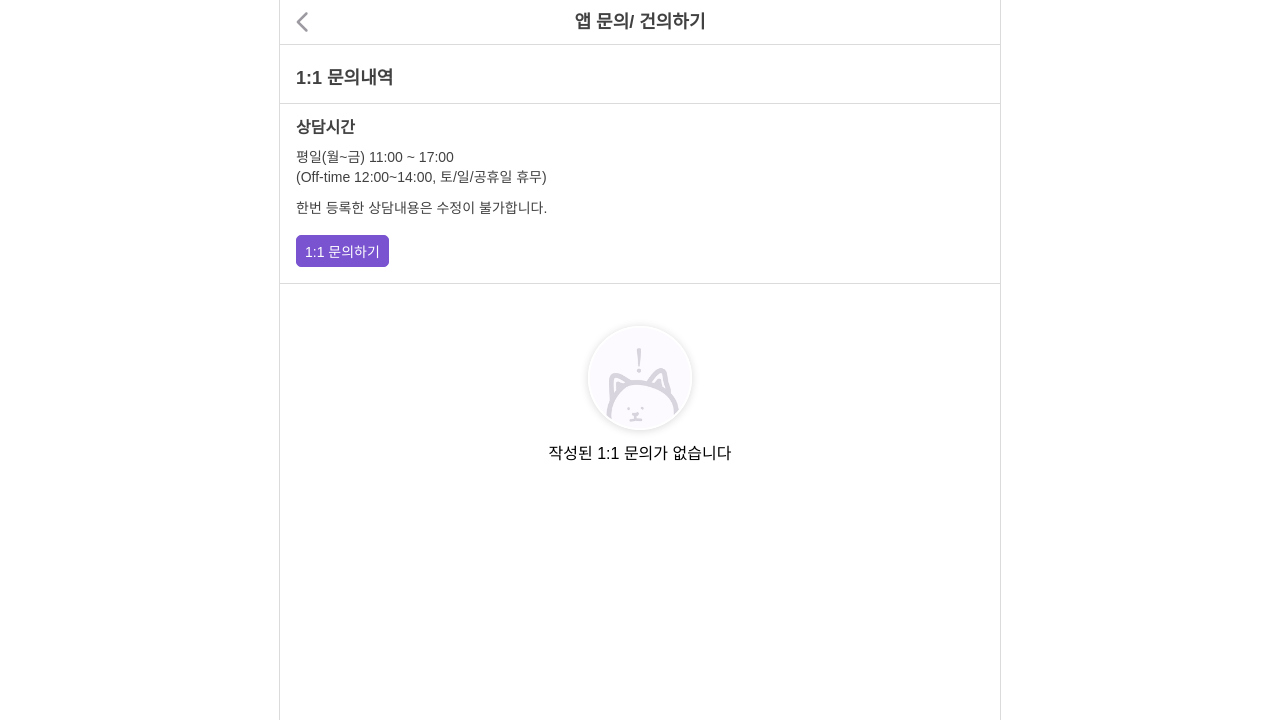
Repository: gosun1018/denguru
Page: my_complain_nodata.html
An editor plug-in stored every save of this project. The page is shown before and after the next save, followed by the edit.
The browser window is 1280 px wide. The pictures show the whole page.
Some web fonts or font styles are not loaded; a fallback is used. The style sheet was rebuilt from its Sass, Less or Tailwind sources for each picture, by a compiler version that may differ from the author's.

Above is the page before, as saved 2020-03-23 15:34:30.

After the next save:
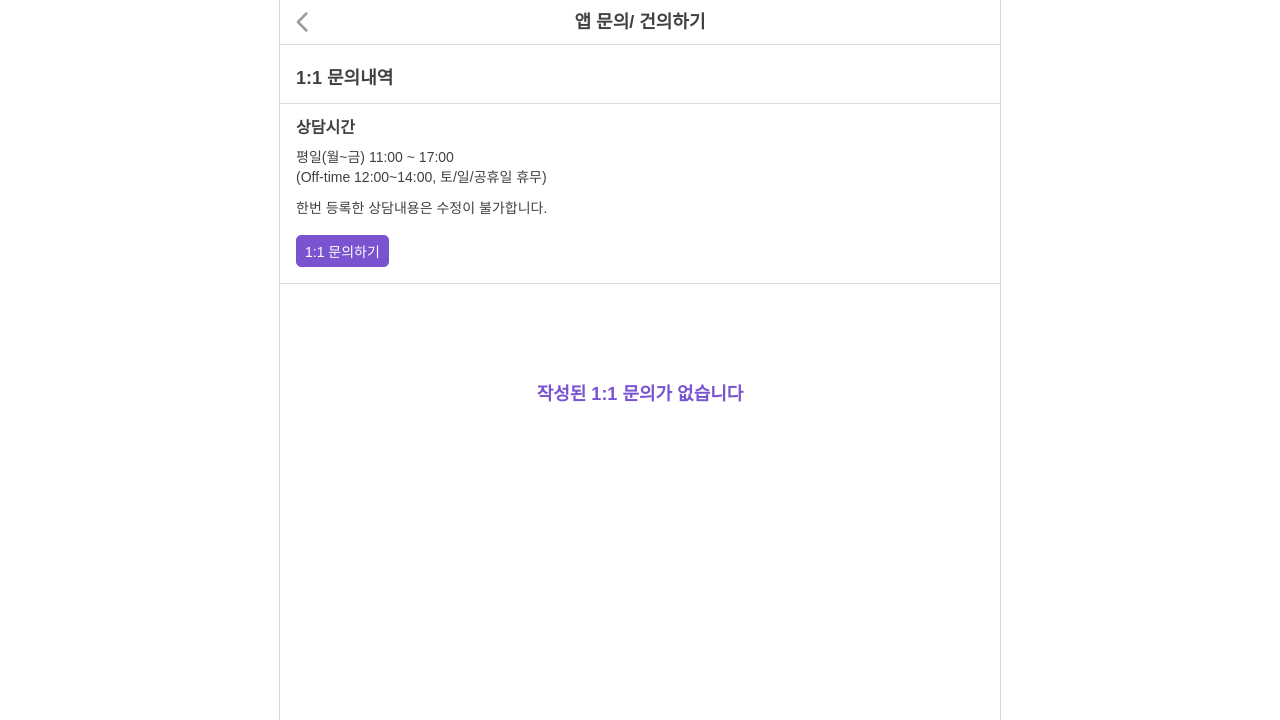
Saved 15 s later.
--- a/my_complain_nodata.html
+++ b/my_complain_nodata.html
@@ -38,8 +38,7 @@
                 <div class="complain_list_container">
                     <div class="noreview_message_container">
                         <div>
-                            <div class="img_box img_noreview"><img src="images/profile-noimg.png" alt="" class="img"></div>
-                            <div class="txt03 txt_center">작성된 1:1 문의가 없습니다</div>
+                            <div class="txt01 txt_center">작성된 1:1 문의가 없습니다</div>
                         </div>
                     </div>
                 </div>
